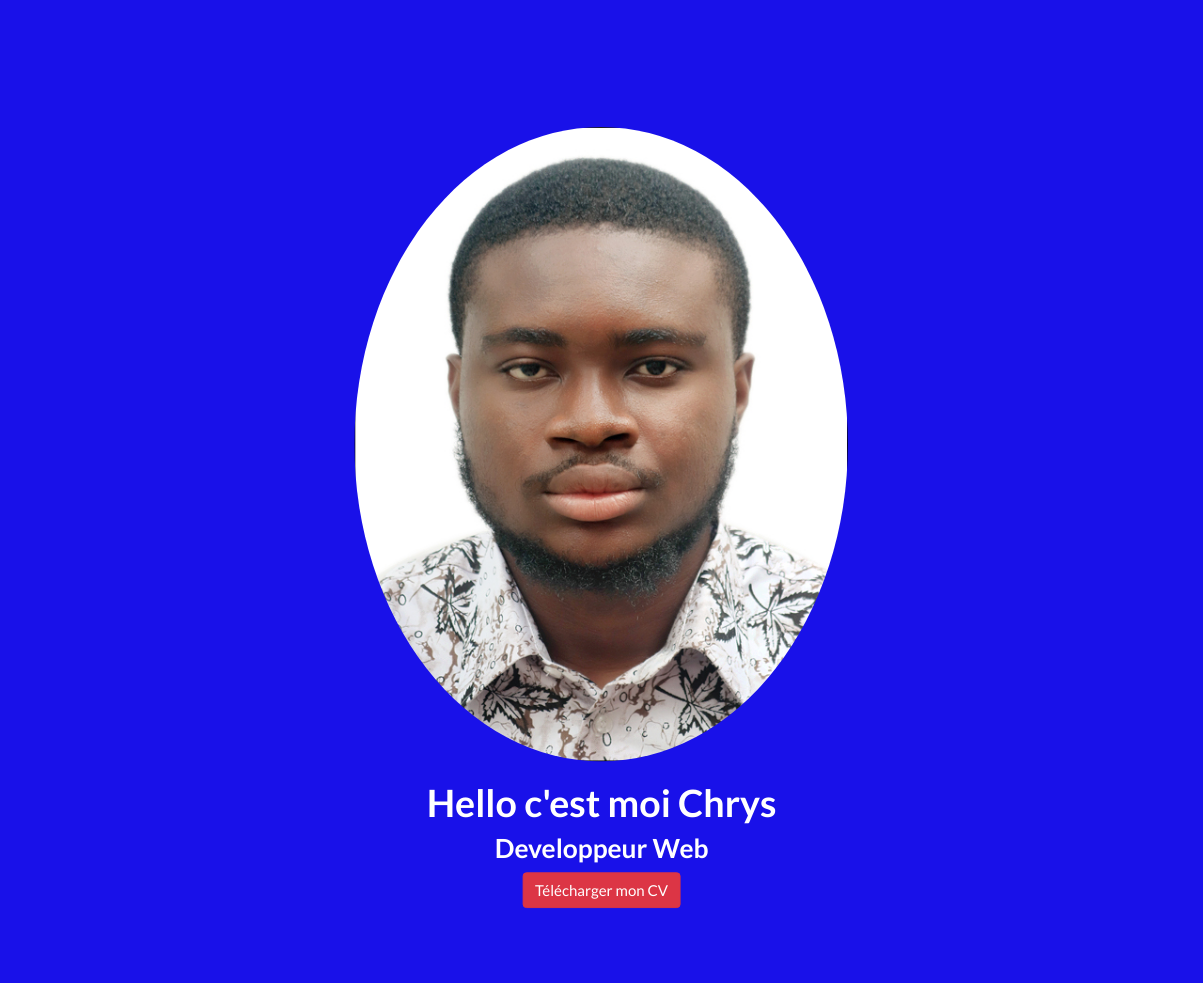
Repository: CHRYSOVR/CV_en_ligne_Interactif
Page: index.html
The author's editor kept a copy of each file at every save. The page is drawn from the files as they stood at one save, then again after the next save.
The browser window is 1280 px wide. The pictures show the whole page, at 94% of full size.

Above is the page before, as saved 2025-07-07 15:57:55.
Console error: TypeError: Cannot read properties of undefined (reading 'fn')

### index.html
<!DOCTYPE html>
<html lang="fr">
<head>
    <meta charset="UTF-8">
    <meta name="viewport" content="width=device-width, initial-scale=1.0">
    <link rel="preconnect" href="https://fonts.googleapis.com">
<link rel="preconnect" href="https://fonts.gstatic.com" crossorigin>
<link href="https://fonts.googleapis.com/css2?family=Lato:ital,wght@0,100;0,300;0,400;0,700;0,900;1,100;1,300;1,400;1,700;1,900&display=swap" rel="stylesheet">
<link rel="stylesheet" href="https://cdn.jsdelivr.net/npm/bootstrap@4.0.0/dist/css/bootstrap.min.css" integrity="sha384-Gn5384xqQ1aoWXA+058RXPxPg6fy4IWvTNh0E263XmFcJlSAwiGgFAW/dAiS6JXm" crossorigin="anonymous">
<script src="https://cdn.jsdelivr.net/npm/bootstrap@4.0.0/dist/js/bootstrap.min.js" integrity="sha384-JZR6Spejh4U02d8jOt6vLEHfe/JQGiRRSQQxSfFWpi1MquVdAyjUar5+76PVCmYl" crossorigin="anonymous"></script>
    <link rel="stylesheet" href="css/style.css">
    <script src="js/script.js"></script>
    <title>CV SANNE-TIA</title>
</head>
<body>
  <section id="about" class="container-fluid">
    <div  class=" col-8 col -lg-4 profile-picture" >
        <img src="images/Me.JPG" alt="photo sanne-tia" class="rounded-circle">
    </div>
    <div class="heading">
        <h1>Hello c'est moi Chrys</h1 >
             <h3>Developpeur Web</h3>
     <a href="documents/CV_Sanne-Tia.pdf" class="btn btn-danger" target="_blank">Télécharger mon CV</a>
  </div>
    </section>
</body>
</html>

### css/style.css
/*GENERAL*/

body{
    font-family: 'Lato', sans-serif;

}
h1,h2,h3,h4,h5,h6{
    font-weight: bold;


}
/*ABOUT*/
#about{
    background-color: #1911e9;

}
.profile-picture{
    text-align: center;
    margin: 70px auto 0;

}
section{
padding: 65px 0 80px 0;

}
 .heading{
    text-align: center;
    color: white;
    margin-top: 20px;
}
img{
    max-width: 100%;
    height: auto;
}
#about .headind h1{
    color: white;
    text-transform: uppercase;

}
#about .heading h3{

}

Loaded but not shown: js/script.js (no stored copy; drawn as an empty file)

After the next save:
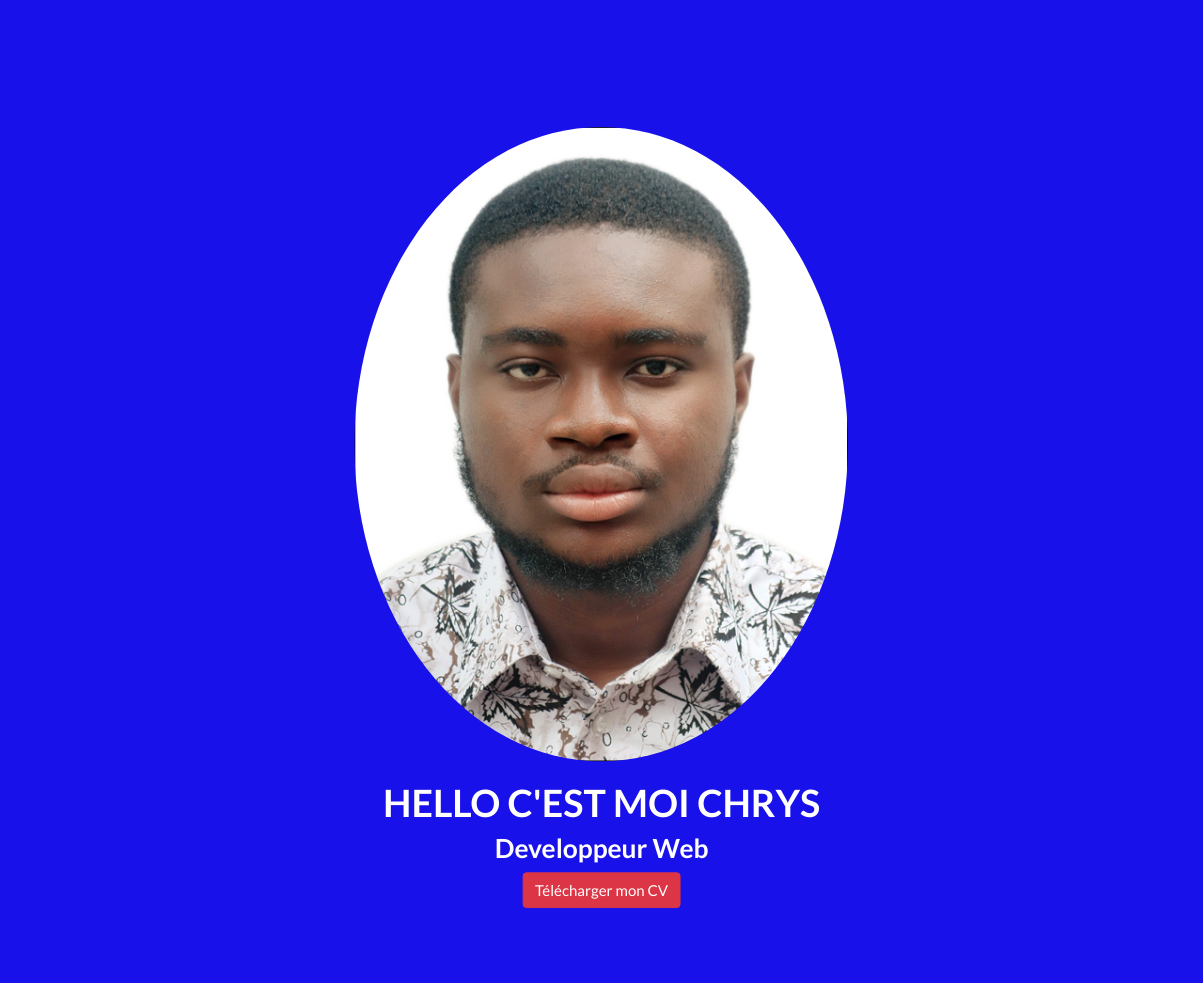
Saved 77 s later.
--- a/css/style.css
+++ b/css/style.css
@@ -32,7 +32,7 @@ img{
     max-width: 100%;
     height: auto;
 }
-#about .headind h1{
+#about .heading h1{
     color: white;
     text-transform: uppercase;
 
